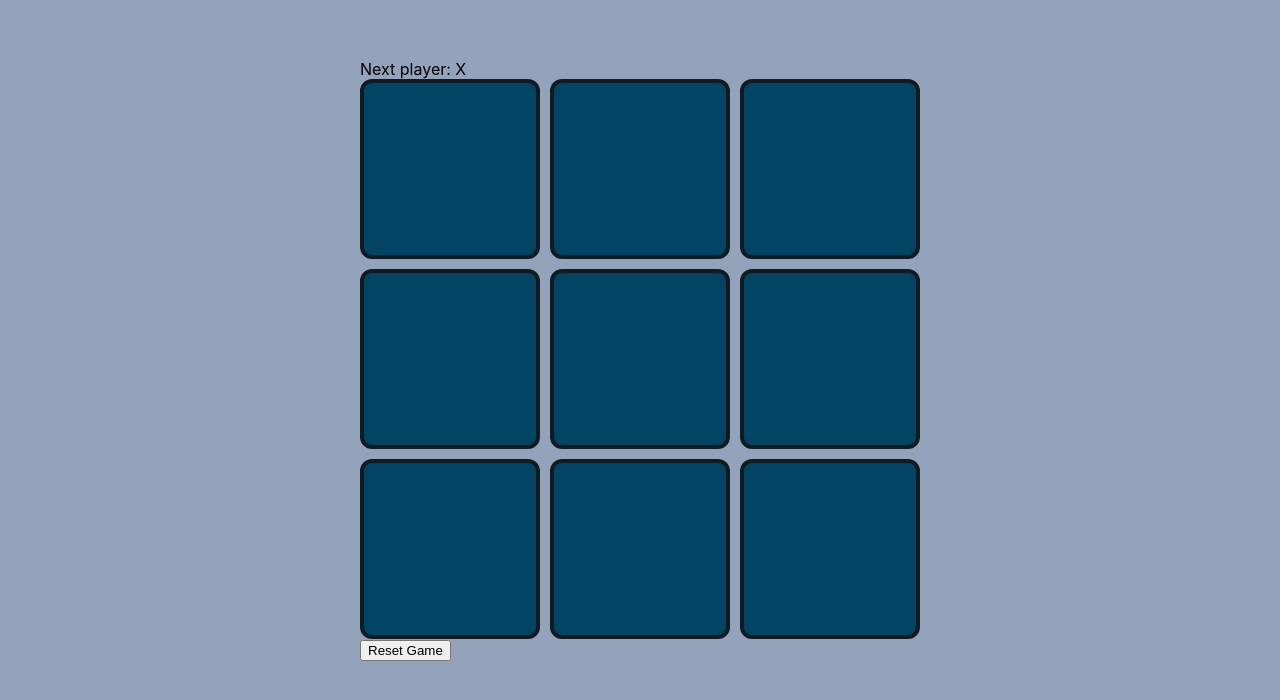
Repository: Monterro324/Tic-Tac
Page: / (app in tic-tac/)
These files come from the project's save history. The page is drawn as it stood at one moment and after the next save; the edit follows.
The browser window is 1280 px wide. The pictures show the whole page.
The project was rebuilt for these pictures with package versions that can differ from the ones it lists, and the page was loaded fresh each time.

Above is the page before, as saved 2024-05-04 21:26:24.

After the next save:
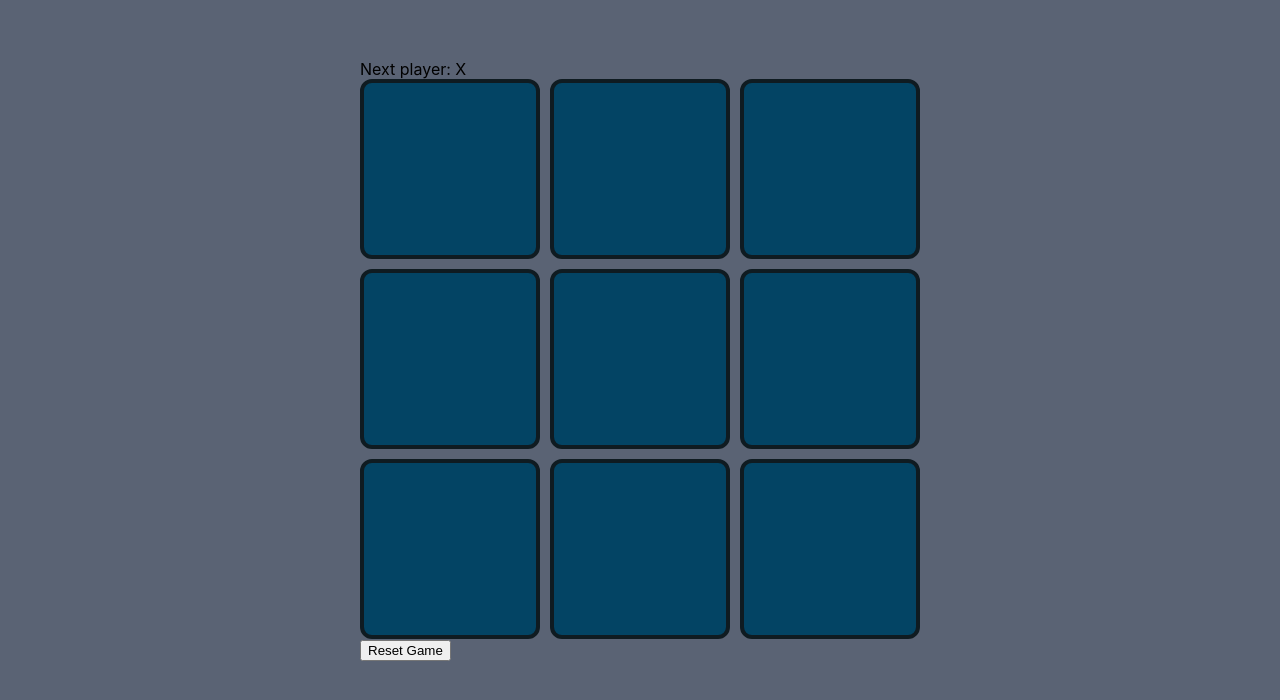
Saved 6 s later.
--- a/tic-tac/src/App.css
+++ b/tic-tac/src/App.css
@@ -4,7 +4,7 @@ body, html {
   display: flex;
   justify-content: center;
   align-items: center;
-  background-color: rgb(148, 163, 188);
+  background-color: rgb(90, 99, 116);
 }
 
 .board {
